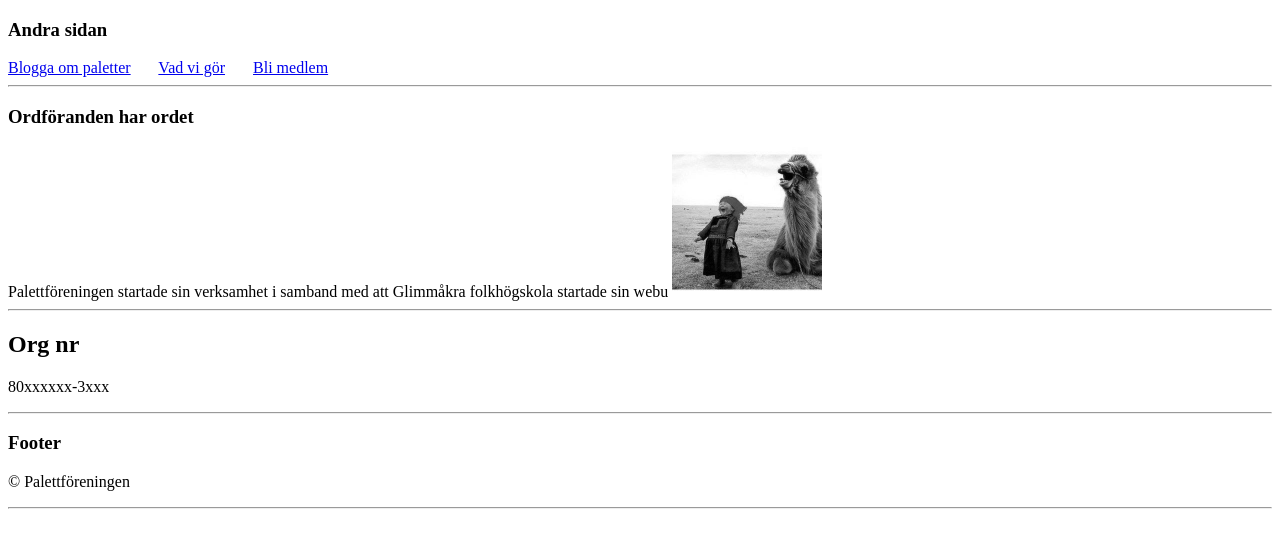
Repository: Webutveckling-20-21/Uppgift-1
Page: verksamheten.html
These files come from the project's save history. The page is drawn as it stood at one moment and after a run of saves; the edit follows.
The browser window is 1280 px wide. The pictures show the whole page.

Above is the page before, as saved 2021-09-07 12:02:41.

After the next 3 saves:
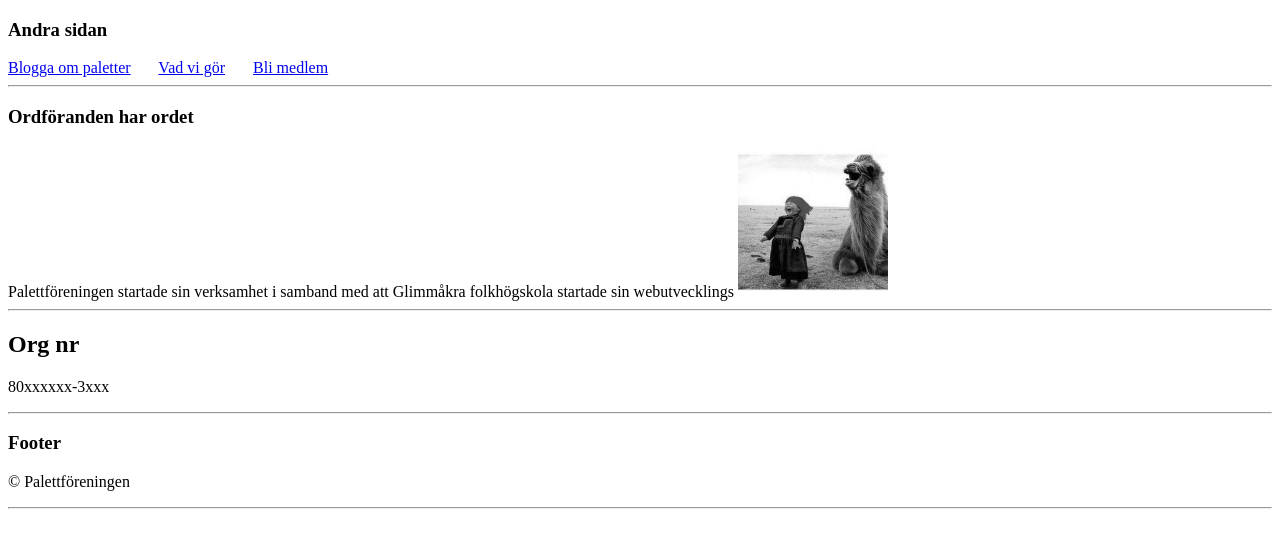
The 3 saves are shown as one change because they came seconds apart.
The last was saved 9 s later.
--- a/verksamheten.html
+++ b/verksamheten.html
@@ -22,7 +22,7 @@
          <article>
 
             <h3>Ordföranden har ordet</h3>
-            Palettföreningen startade sin verksamhet i samband med att Glimmåkra folkhögskola startade sin webu
+            Palettföreningen startade sin verksamhet i samband med att Glimmåkra folkhögskola startade sin webutvecklings
 
             <img src="images/ordförande pa excursion.jpg" width="150" height="150" alt="Ordförande berättar." >
         </article>
